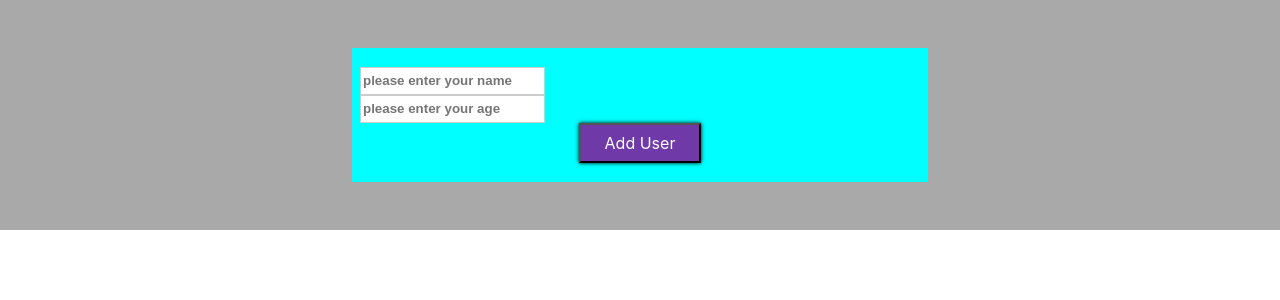
Repository: NamalPathirana/section-eight
Page: /
These files come from the project's save history. The page is drawn as it stood at one moment and after the next save; the edit follows.
The browser window is 1280 px wide. The pictures show the whole page.
The project was rebuilt for these pictures with package versions that can differ from the ones it lists, and the page was loaded fresh each time.

Above is the page before, as saved 2021-11-26 02:39:32.

### src/index.css
body {
  margin: 0;
  padding: 0%;
  height: 100%;
  width: 100%;
  font-family: -apple-system, BlinkMacSystemFont, 'Segoe UI', 'Roboto', 'Oxygen',
    'Ubuntu', 'Cantarell', 'Fira Sans', 'Droid Sans', 'Helvetica Neue',
    sans-serif;
  -webkit-font-smoothing: antialiased;
  -moz-osx-font-smoothing: grayscale;
}

code {
  font-family: source-code-pro, Menlo, Monaco, Consolas, 'Courier New',
    monospace;
}

### src/App.js
import logo from './logo.svg';
import './App.css';
import UserInput from './Components/UserInput/UserInput';

function App() {
  return (
    <div className="App">
      <section>
      <UserInput></UserInput>
      </section>
    </div>
  );
}

export default App;

### src/App.css
.App {
  text-align: center;
  display: flex;
  flex-direction: column;
  background-color: darkgrey;
  height: 100%;
  width: 100%;
}

### src/Components/UserInput/UserInput.js
import Button from '../../UI/Button/Button';
import styles from './UserInput.module.css'

const UserInput = () => {
    return (
        <form>
        <div className={styles.frame}>
            <input placeholder='please enter your name'/>
            <input placeholder='please enter your age'/>
            <Button name='Add User'></Button>
        </div>
        </form>
    );
};

export default UserInput;

### src/UI/Button/Button.js
import styles from "./Button.module.css";

const Button = (props) => {
  return <button className={styles.button}>{props.name}</button>;
};

export default Button;

### src/Components/UserInput/UserInput.module.css
.frame{
    margin: 0.5rem 0.5rem;
    padding: 1.2rem 0.5rem;
    width: 35rem;
    max-width: 90%;
    margin: 3rem auto;
    background-color: aqua;
}

.frame input{
    display: block;
    font-weight: bold;
    border: 1px solid #ccc;
    line-height: 1.5rem;
    padding: 100 0.25rm;
}

### src/UI/Button/Button.module.css
.button{
    font: inherit;
    padding: 0.5rem 1.5rem;
    background-color: rgb(112, 57, 168);
    color:white;
    box-shadow: 0 0 4px black;
    cursor: pointer;
    width: auto;
}

.button:focus{
    outline: none;
}

.button:hover,.button:active{
    background-color: rgb(185, 140, 231);
    border-color: rgb(185, 140, 231);
    box-shadow: 0 0 8px black;
}

Loaded but not shown: public/index.html (common file); src/index.js (common file); src/reportWebVitals.js (common file)

After the next save:
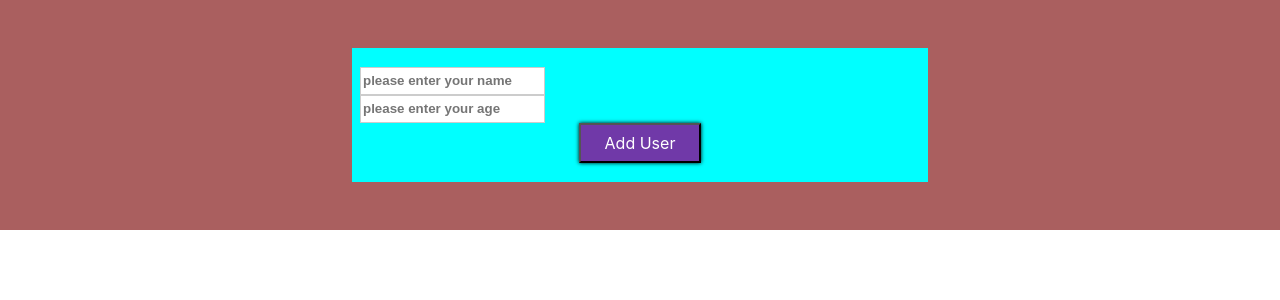
Saved 56 s later.
--- a/src/App.css
+++ b/src/App.css
@@ -2,7 +2,5 @@
   text-align: center;
   display: flex;
   flex-direction: column;
-  background-color: darkgrey;
-  height: 100%;
-  width: 100%;
+  background-color: rgb(170, 95, 95);
 }

After the save that followed:
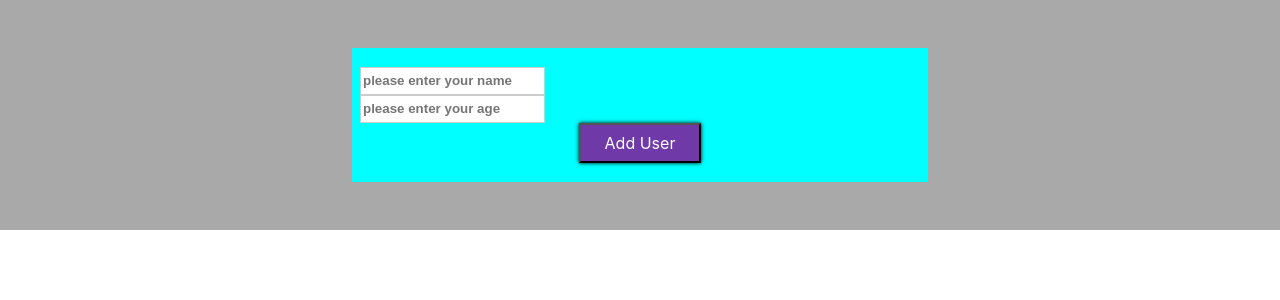
Saved 5 s later.
--- a/src/App.css
+++ b/src/App.css
@@ -2,5 +2,5 @@
   text-align: center;
   display: flex;
   flex-direction: column;
-  background-color: rgb(170, 95, 95);
+  background-color: darkgrey;
 }
